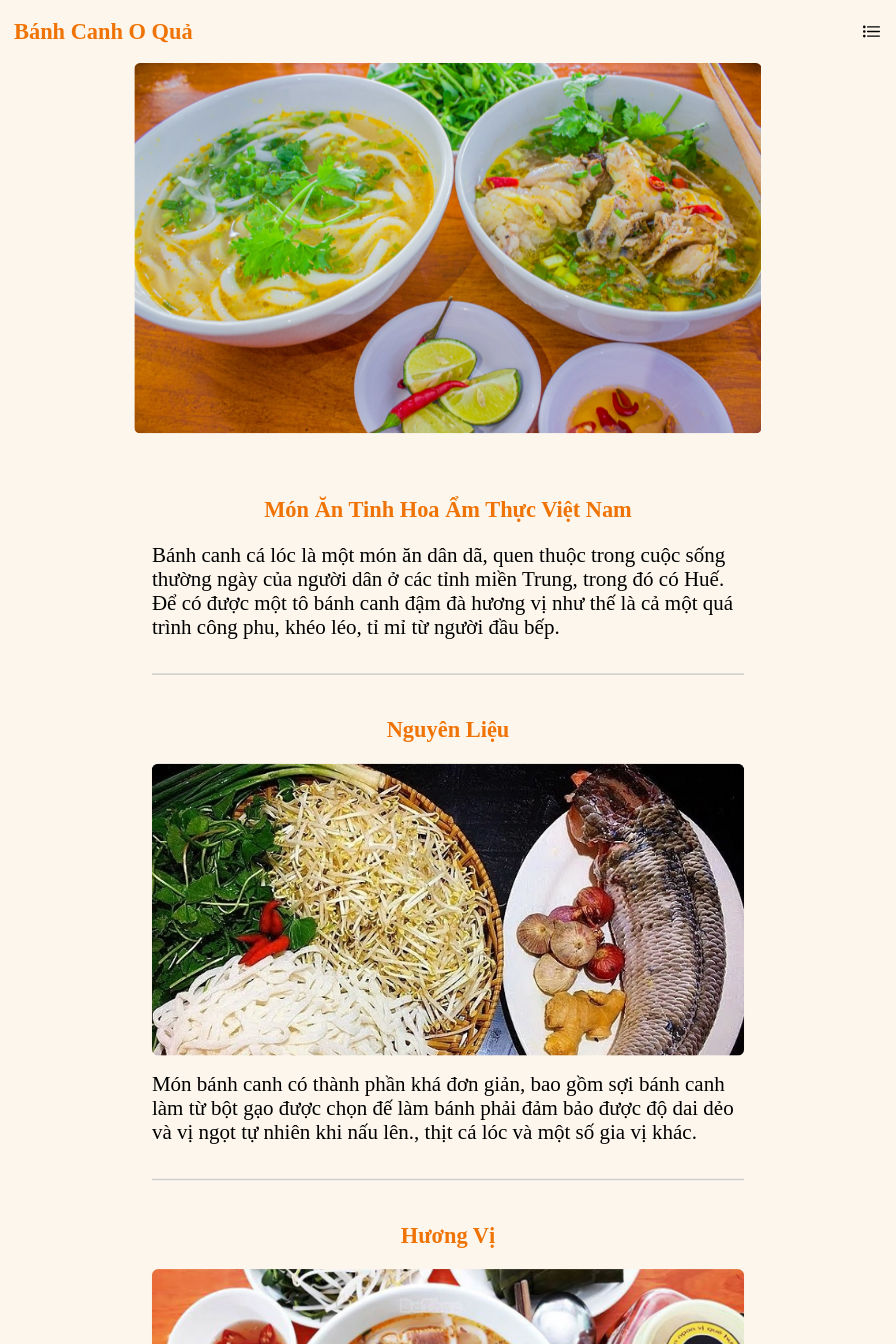
Repository: LeCongTuan2608/AmThuc
Page: public/index.html
The author's editor kept a copy of each file at every save. The page is drawn from the files as they stood at one save, then again after the next save.
The browser window is 1280 px wide. The pictures show the part of the page from y = 0 to 1920 px (the page is 3456 px tall before and 2927 px after), at 70% of full size.
Some web fonts or font styles are not loaded; a fallback is used. Some web libraries are served in a nearby version. The style sheet was rebuilt from its Sass, Less or Tailwind sources for each picture, by a compiler version that may differ from the author's.

Above is the page before, as saved 2022-04-15 12:43:10.

After the next save:
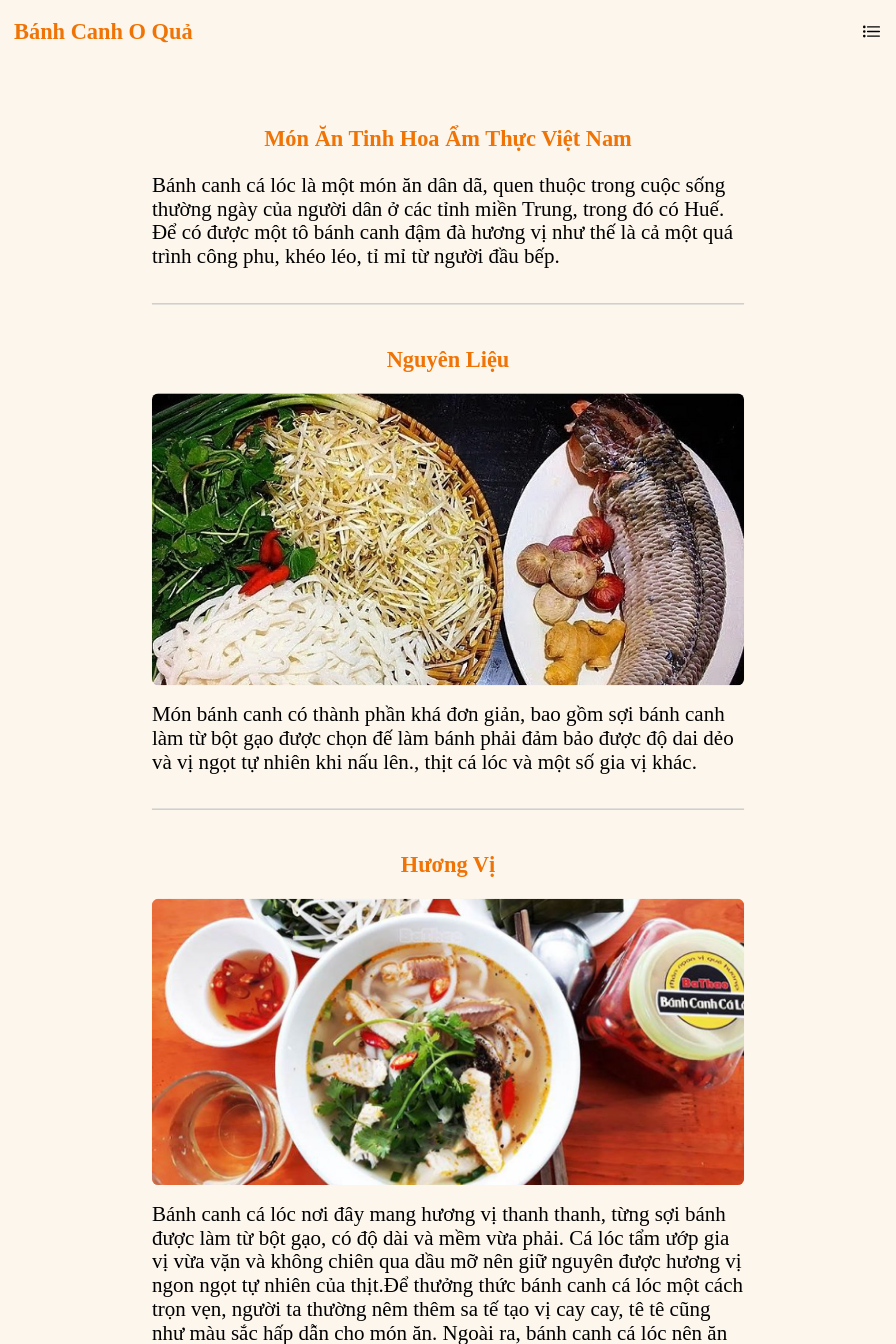
Saved 3 min 39 s later.
--- a/public/index.html
+++ b/public/index.html
@@ -13,6 +13,7 @@
       <link rel="preconnect" href="https://fonts.googleapis.com" />
       <link rel="preconnect" href="https://fonts.gstatic.com" crossorigin />
       <link href="https://fonts.googleapis.com/css2?family=Updock&display=swap" rel="stylesheet" />
+      <link rel="stylesheet" type="text/css" href="https://cdn.jsdelivr.net/npm/slick-carousel@1.8.1/slick/slick.css" />
       <title>Bánh Canh O Quả</title>
    </head>
    <body>
@@ -26,7 +27,13 @@
          <div id="container">
             <div id="top">
                <div id="image">
-                  <img src="../images/anh-3.png" alt="" />
+                  <script type="text/javascript" src="https://code.jquery.com/jquery-1.11.0.min.js"></script>
+                  <script type="text/javascript" src="https://code.jquery.com/jquery-migrate-1.2.1.min.js"></script>
+                  <script
+                     type="text/javascript"
+                     src="https://cdn.jsdelivr.net/npm/slick-carousel@1.8.1/slick/slick.min.js"
+                  ></script>
+                  <!-- <img src="../images/anh-3.png" alt="" /> -->
                </div>
             </div>
             <div id="middle">

After the 4 saves that followed:
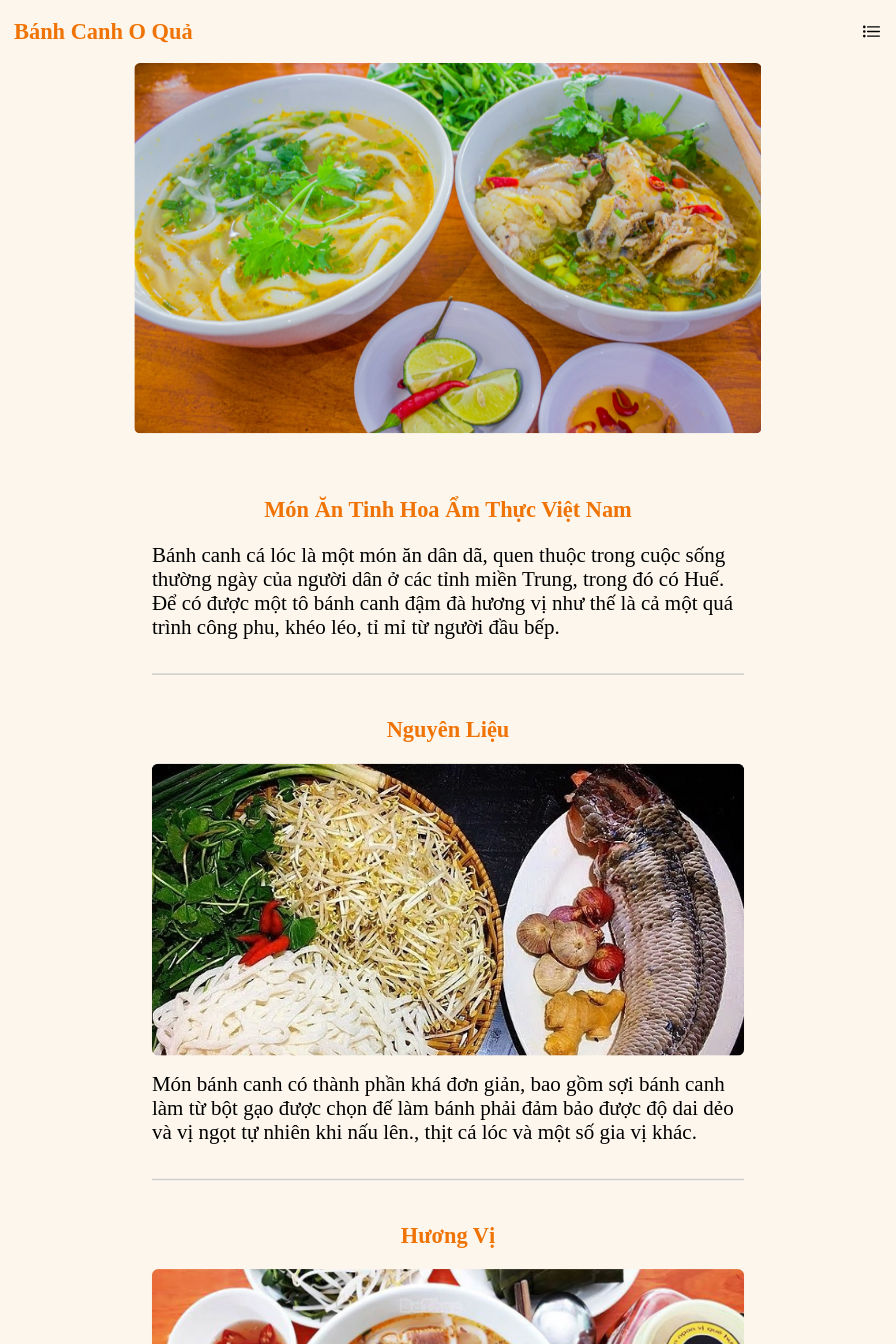
The 4 saves are shown as one change because 3 left the picture as it was.
The last was saved 3 min 14 s later.
--- a/public/index.html
+++ b/public/index.html
@@ -4,8 +4,8 @@
       <meta charset="UTF-8" />
       <meta http-equiv="X-UA-Compatible" content="IE=edge" />
       <meta name="viewport" content="width=device-width, initial-scale=1.0" />
-      <link rel="stylesheet" href="../sass/css/index.css" />
-      <link rel="stylesheet" href="../Javascript/app.js" />
+
+      <link rel="stylesheet" type="text/css" href="https://cdn.jsdelivr.net/npm/slick-carousel@1.8.1/slick/slick.css" />
 
       <script type="module" src="https://unpkg.com/ionicons@5.5.2/dist/ionicons/ionicons.esm.js"></script>
       <script nomodule src="https: // unkg .com / ionicons @ 5.5.2 / dist / ionicons / ionicons.js "></script>
@@ -13,7 +13,10 @@
       <link rel="preconnect" href="https://fonts.googleapis.com" />
       <link rel="preconnect" href="https://fonts.gstatic.com" crossorigin />
       <link href="https://fonts.googleapis.com/css2?family=Updock&display=swap" rel="stylesheet" />
-      <link rel="stylesheet" type="text/css" href="https://cdn.jsdelivr.net/npm/slick-carousel@1.8.1/slick/slick.css" />
+
+      <link rel="stylesheet" href="../sass/css/index.css" />
+      <link rel="stylesheet" href="../Javascript/app.js" />
+
       <title>Bánh Canh O Quả</title>
    </head>
    <body>
@@ -27,13 +30,7 @@
          <div id="container">
             <div id="top">
                <div id="image">
-                  <script type="text/javascript" src="https://code.jquery.com/jquery-1.11.0.min.js"></script>
-                  <script type="text/javascript" src="https://code.jquery.com/jquery-migrate-1.2.1.min.js"></script>
-                  <script
-                     type="text/javascript"
-                     src="https://cdn.jsdelivr.net/npm/slick-carousel@1.8.1/slick/slick.min.js"
-                  ></script>
-                  <!-- <img src="../images/anh-3.png" alt="" /> -->
+                  <img src="../images/anh-3.png" alt="" />
                </div>
             </div>
             <div id="middle">
@@ -82,5 +79,12 @@
          </div>
       </main>
       <footer></footer>
+
+      <script type="text/javascript" src="https://code.jquery.com/jquery-1.11.0.min.js"></script>
+      <script type="text/javascript" src="https://code.jquery.com/jquery-migrate-1.2.1.min.js"></script>
+      <script
+         type="text/javascript"
+         src="https://cdn.jsdelivr.net/npm/slick-carousel@1.8.1/slick/slick.min.js"
+      ></script>
    </body>
 </html>
